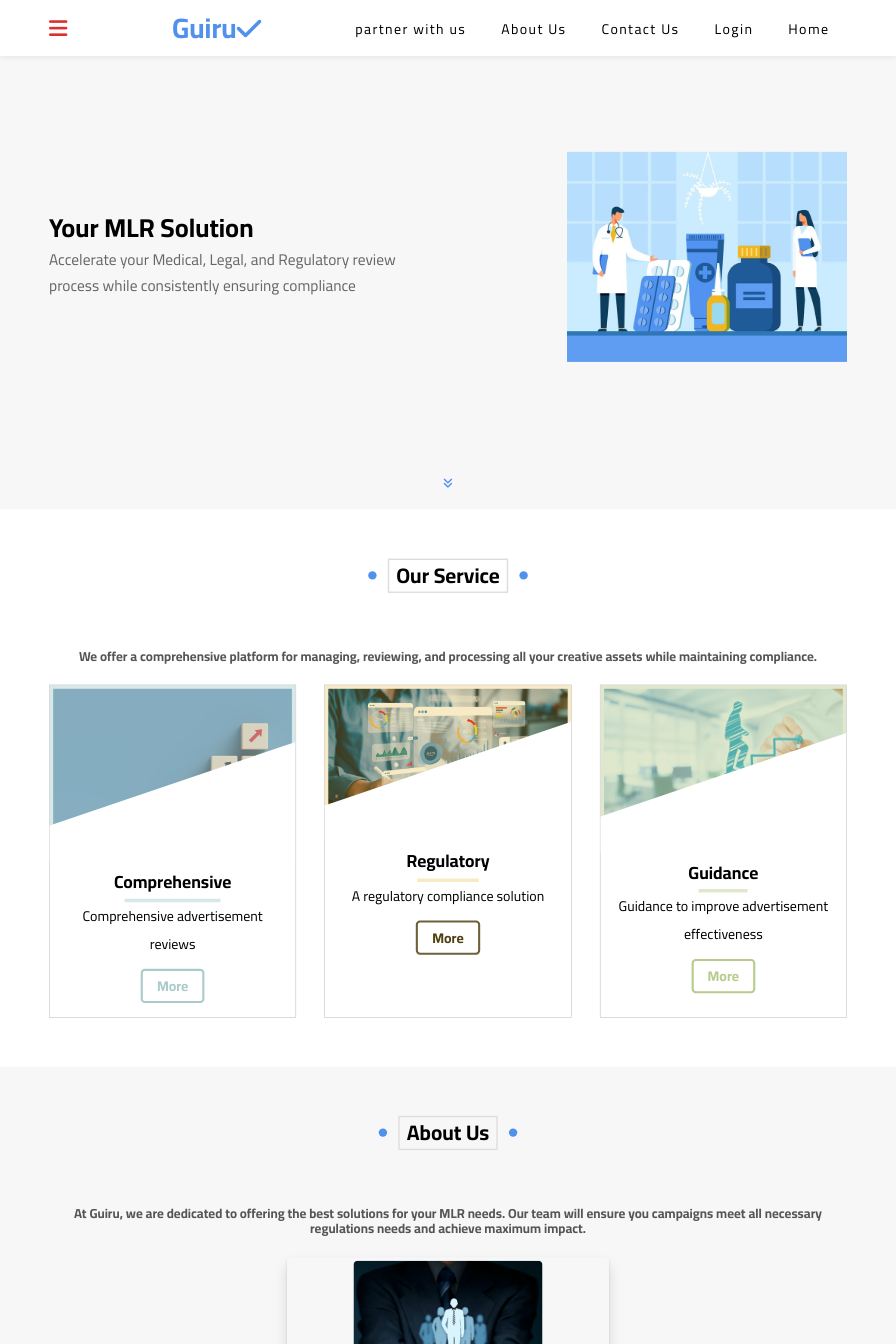
Repository: AsmaaAlothman/Templet-1-website
Page: home.html
The author's editor kept a copy of each file at every save. The page is drawn from the files as they stood at one save, then again after the next save.
The browser window is 1280 px wide. The pictures show the part of the page from y = 0 to 1920 px (the page is 3348 px tall), at 70% of full size.

Above is the page before, as saved 2024-08-31 13:27:43.

After the next save:
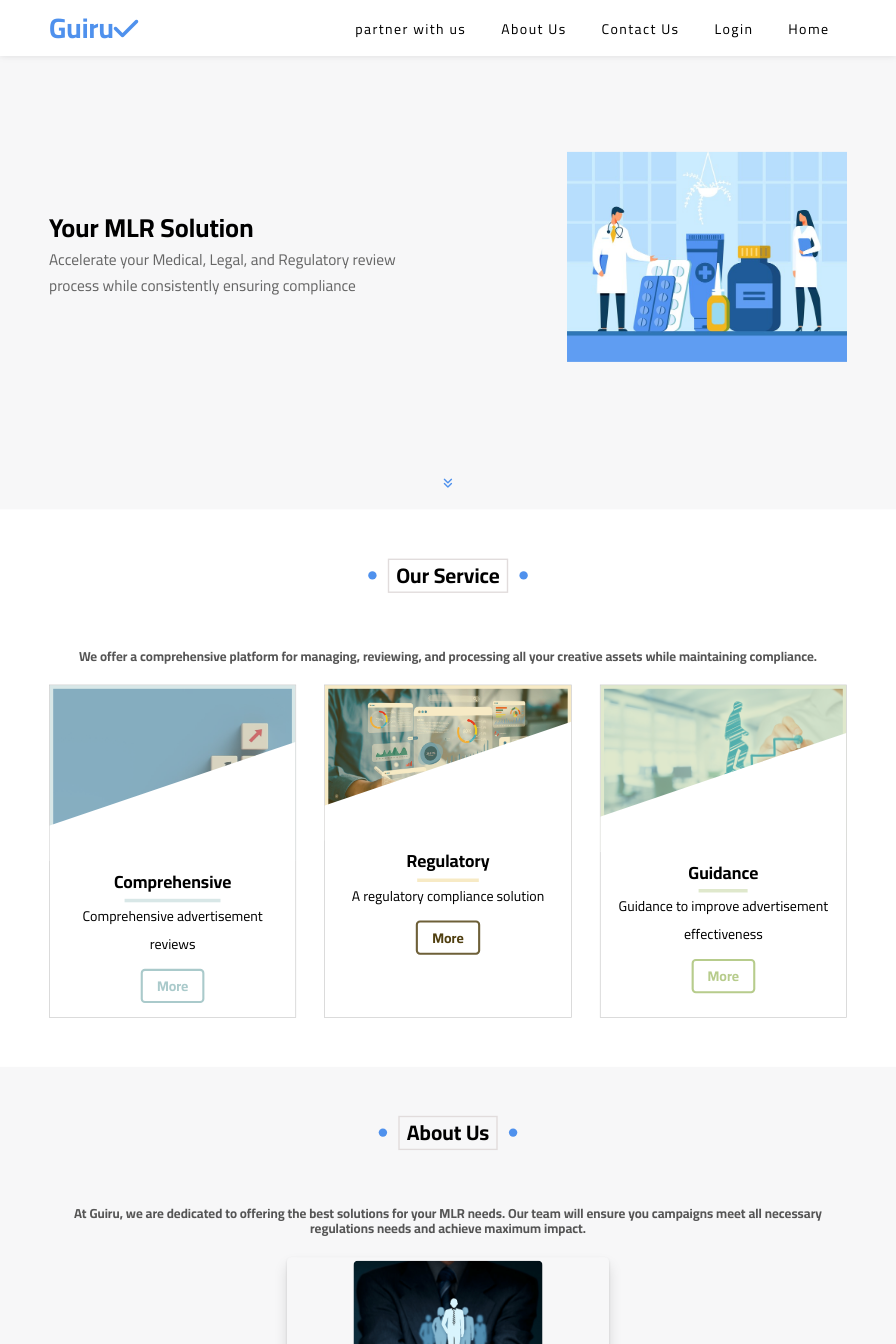
Saved 4 s later.
--- a/css/home.css
+++ b/css/home.css
@@ -233,7 +233,7 @@ img {
     line-height: 80px;
     margin-right: 40px;
     cursor: pointer;
-    d
+    display: none;
 }
 
 
